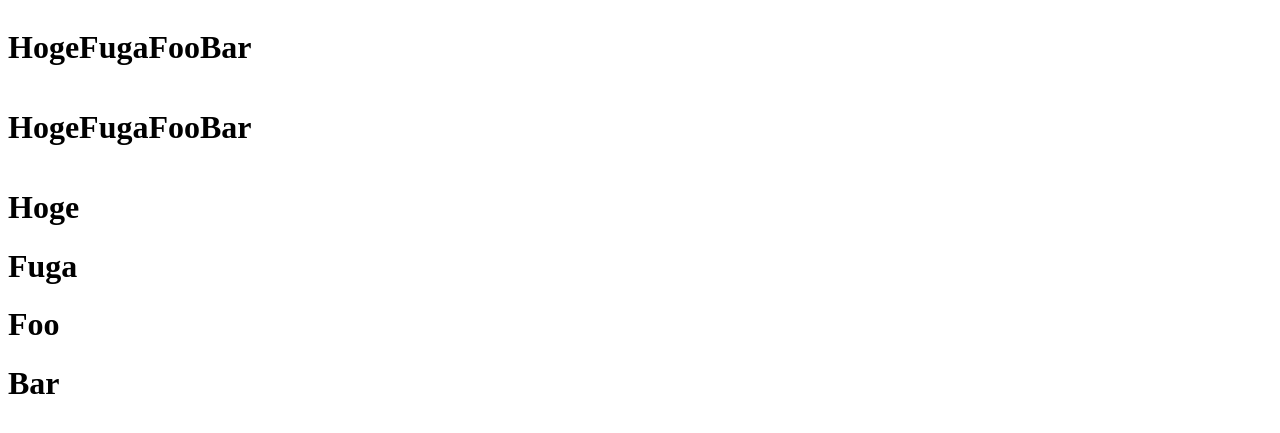
Repository: kota-nakasaka/samurai_HTML-CSS
Page: index2.html
The author's editor kept a record of every edit. The page is drawn from the files as they stood at one moment, then again after the next edit.
The browser window is 1280 px wide. The pictures show the whole page.

Above is the page before.

After the next edit:
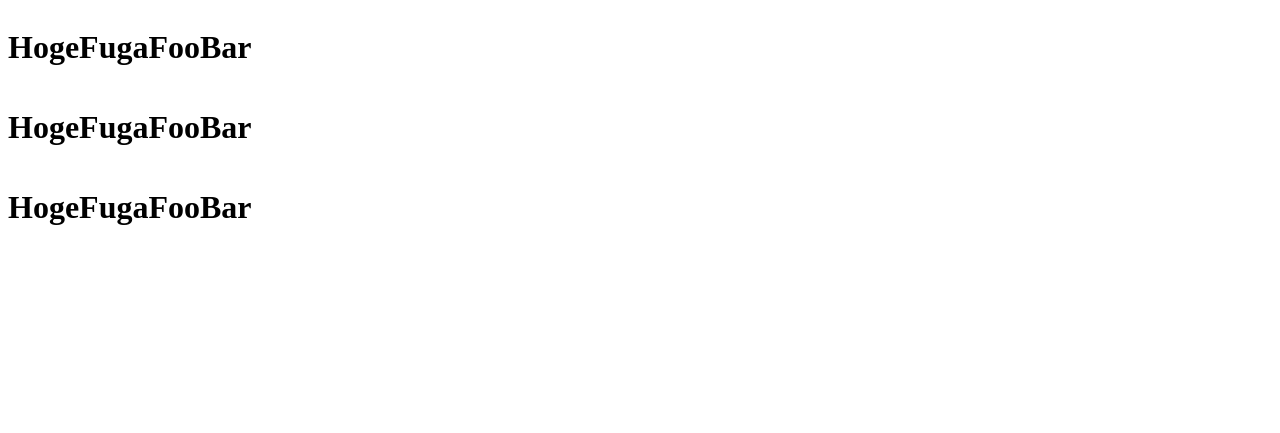
The edit:
--- a/index2.html
+++ b/index2.html
@@ -34,7 +34,7 @@
             <h1>Bar</h1>
         </div>
 
-        <div id="column">
+        <div id="wrap-reverse">
             <h1>Hoge</h1>
             <h1>Fuga</h1>
             <h1>Foo</h1>
